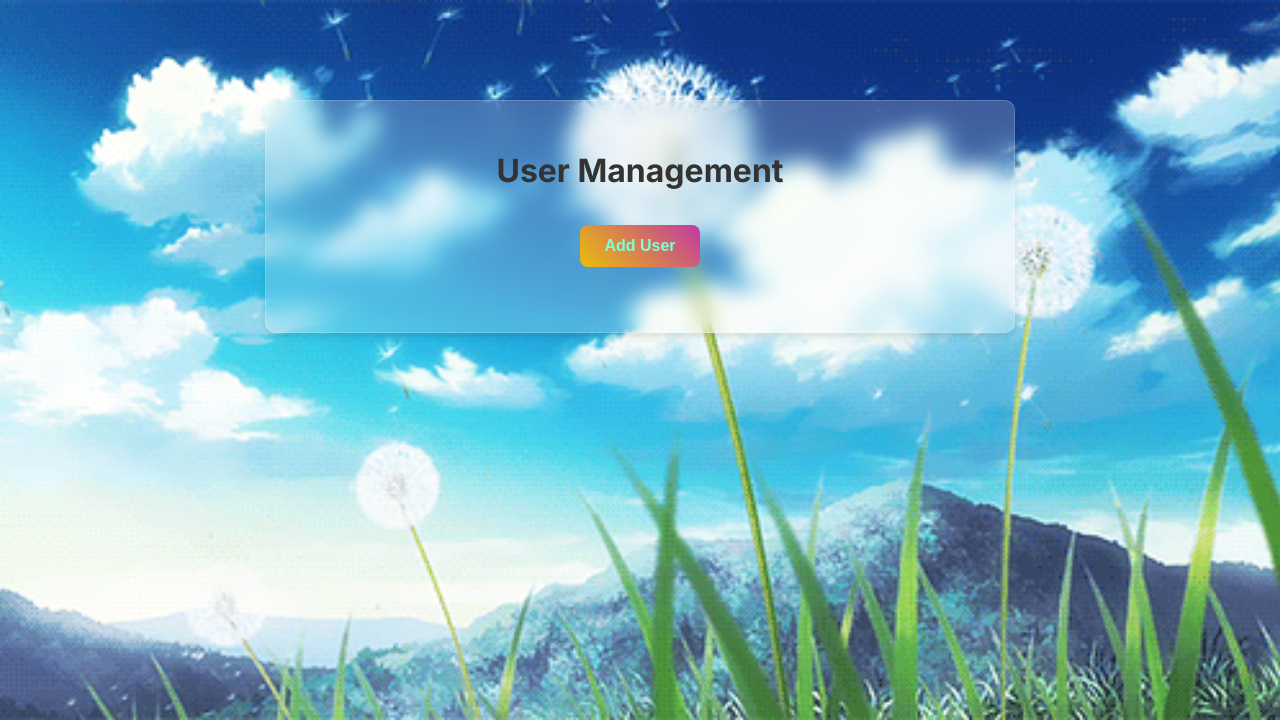
Repository: EeeeeEyyyy/crud-proj
Page: /
The author's editor kept a copy of each file at every save. The page is drawn from the files as they stood at one save, then again after the next save.
The browser window is 1280 px wide. The pictures show the whole page.
The page's requests for data from a server got no answer. The project was rebuilt for these pictures with package versions that can differ from the ones it lists, and the page was loaded fresh each time. The framework's server and built-in components were replaced by stand-ins that run in the browser. No one was signed in, and anything a server would have sent is missing. Also part of the build but not shown: next.config.mjs.

Above is the page before, as saved 2024-06-25 09:22:08.

### src/app/page.js
"use client";

import React, { useEffect, useState } from "react";
import axios from "axios";

const Page = () => {
  const [users, setUsers] = useState([]);
  const [isCreateModalOpen, setCreateModalOpen] = useState(false);
  const [isUpdateModalOpen, setUpdateModalOpen] = useState(false);
  const [isDeleteModalOpen, setDeleteModalOpen] = useState(false);
  const [selectedUser, setSelectedUser] = useState(null);
  const [newUser, setNewUser] = useState({ name: "", email: "" });

  useEffect(() => {
    fetchUsers();
  }, []);

  const fetchUsers = async () => {
    try {
      const response = await axios.get(
        "https://jsonplaceholder.typicode.com/users"
      );
      setUsers(response.data);
    } catch (error) {
      console.error("Error fetching users:", error);
    }
  };

  const addUser = async () => {
    try {
      const response = await axios.post(
        "https://jsonplaceholder.typicode.com/users",
        newUser
      );
      setUsers([...users, response.data]);
      setCreateModalOpen(false);
    } catch (error) {
      console.error("Error adding user:", error);
    }
  };

  const updateUser = async (id) => {
    try {
      const response = await axios.put(
        `https://jsonplaceholder.typicode.com/users/${id}`,
        selectedUser
      );
      setUsers(users.map((user) => (user.id === id ? response.data : user)));
      setUpdateModalOpen(false);
    } catch (error) {
      console.error("Error updating user:", error);
    }
  };

  const deleteUser = async (id) => {
    try {
      await axios.delete(`https://jsonplaceholder.typicode.com/users/${id}`);
      setUsers(users.filter((user) => user.id !== id));
      setDeleteModalOpen(false);
    } catch (error) {
      console.error("Error deleting user:", error);
    }
  };

  const openCreateModal = () => {
    setNewUser({ name: "", email: "" });
    setCreateModalOpen(true);
  };

  const closeCreateModal = () => {
    setCreateModalOpen(false);
  };

  const openUpdateModal = (user) => {
    setSelectedUser(user);
    setUpdateModalOpen(true);
  };

  const closeUpdateModal = () => {
    setSelectedUser(null);
    setUpdateModalOpen(false);
  };

  const openDeleteModal = (user) => {
    setSelectedUser(user);
    setDeleteModalOpen(true);
  };

  const closeDeleteModal = () => {
    setSelectedUser(null);
    setDeleteModalOpen(false);
  };

  const handleGoToHome = () => {
    router.push("/");
  };

  return (
    <div className="container">
      <h1>User Management</h1>
      <div className="Add-me">
        <button
          onClick={openCreateModal}
          className="glassButton-add"
          id="add-n"
        >
          Add User
        </button>
      </div>
      <ul>
        {users.map((user) => (
          <li key={user.id}>
            {user.name} - {user.email}
            <div className="buttones">
              {" "}
              <button
                onClick={() => openUpdateModal(user)}
                className="glassButton"
                id="update-n"
              >
                Update
              </button>
              <button
                onClick={() => openDeleteModal(user)}
                className="glassButton"
                id="delete-n"
              >
                Delete
              </button>
            </div>
          </li>
        ))}
      </ul>
      {isCreateModalOpen && (
        <div className="modalOverlay">
          <div className="modal">
            <h2>Add User</h2>
            <input
              type="text"
              placeholder="Name"
              value={newUser.name}
              onChange={(e) => setNewUser({ ...newUser, name: e.target.value })}
            />
            <input
              type="email"
              placeholder="Email"
              value={newUser.email}
              onChange={(e) =>
                setNewUser({ ...newUser, email: e.target.value })
              }
            />
            <div className="update-b">
              <button onClick={addUser} className="glassButton" id="add-n">
                Add
              </button>
            </div>
            <button onClick={closeCreateModal} className="closeButton">
              Close
            </button>
          </div>
        </div>
      )}
      {isUpdateModalOpen && selectedUser && (
        <div className="modalOverlay">
          <div className="modal">
            <h2>Update User</h2>
            <input
              type="text"
              placeholder="Name"
              value={selectedUser.name}
              onChange={(e) =>
                setSelectedUser({ ...selectedUser, name: e.target.value })
              }
            />
            <input
              type="email"
              placeholder="Email"
              value={selectedUser.email}
              onChange={(e) =>
                setSelectedUser({ ...selectedUser, email: e.target.value })
              }
            />
            <div className="update-b">
              <button
                onClick={() => updateUser(selectedUser.id)}
                className="glassButton"
                id="update-g"
              >
                Update
              </button>
            </div>
            <button onClick={closeUpdateModal} className="closeButton">
              Close
            </button>
          </div>
        </div>
      )}
      {isDeleteModalOpen && selectedUser && (
        <div className="modalOverlay">
          <div className="modal">
            <h2>Are you sure you want to delete {selectedUser.name}?</h2>
            <div className="yes-b">
              <button
                onClick={() => deleteUser(selectedUser.id)}
                className="glassButton"
              >
                Yes
              </button>
            </div>
            <button onClick={closeDeleteModal} className="closeButton">
              No
            </button>
          </div>
        </div>
      )}
    </div>
  );
};
export default Page;

### src/app/globals.css
* {
  box-sizing: border-box;
  padding: 0;
  margin: 0;
}

html,
body {
  max-width: 100vw;
  overflow-x: hidden;
  background: url(g.gif);
  background-size: cover;
  background-position: center;
  height: 100%;
  margin: 0;
  padding: 0;
  font-family: Georgia, "Times New Roman", Times, serif;
}

a {
  color: inherit;
  text-decoration: none;
}

.main {
  display: flex;
  flex-direction: column;
  justify-content: space-between;
  align-items: center;
  padding: 6rem;
  min-height: 100vh;
}

.description {
  display: flex;
  justify-content: center;
  align-items: center;
  font-size: 0.85rem;
  max-width: var(--max-width);
  width: 100%;
  z-index: 2;
  font-family: var(--font-mono);
}

.description a {
  display: flex;
  justify-content: center;
  align-items: center;
  gap: 0.5rem;
}

.description p {
  position: relative;
  margin: 0;
  padding: 1rem;
  background-color: rgba(var(--callout-rgb), 0.5);
  border: 1px solid rgba(var(--callout-border-rgb), 0.3);
  border-radius: var(--border-radius);
}

.code {
  font-weight: 700;
  font-family: var(--font-mono);
}

.grid {
  display: grid;
  grid-template-columns: repeat(4, minmax(25%, auto));
  max-width: 100%;
  width: var(--max-width);
}

.card {
  padding: 1rem 1.2rem;
  border-radius: var(--border-radius);
  background: rgba(var(--card-rgb), 0);
  border: 1px solid rgba(var(--card-border-rgb), 0);
  transition: background 200ms, border 200ms;
}

.card span {
  display: inline-block;
  transition: transform 200ms;
}

.card h2 {
  font-weight: 600;
  margin-bottom: 0.7rem;
}

.card p {
  margin: 0;
  opacity: 0.6;
  font-size: 0.9rem;
  line-height: 1.5;
  max-width: 30ch;
  text-wrap: balance;
}

.center {
  display: flex;
  justify-content: center;
  align-items: center;
  position: relative;
  padding: 4rem 0;
}

.center::before,
.center::after {
  content: "";
  position: absolute;
  filter: blur(45px);
  transform: translateZ(0);
}

.center::before {
  background: var(--secondary-glow);
  border-radius: 50%;
  width: 480px;
  height: 360px;
  margin-left: -400px;
}

.center::after {
  background: var(--primary-glow);
  width: 240px;
  height: 180px;
  z-index: -1;
}

.logo {
  position: relative;
}

@media (hover: hover) and (pointer: fine) {
  .card:hover {
    background: rgba(var(--card-rgb), 0.1);
    border: 1px solid rgba(var(--card-border-rgb), 0.15);
  }

  .card:hover span {
    transform: translateX(4px);
  }
}

@media (prefers-reduced-motion) {
  .card:hover span {
    transform: none;
  }
}

/* Mobile */
@media (max-width: 700px) {
  .content {
    padding: 4rem;
  }

  .grid {
    grid-template-columns: 1fr;
    margin-bottom: 120px;
    max-width: 320px;
    text-align: center;
  }

  .card {
    padding: 1rem 2.5rem;
  }

  .card h2 {
    margin-bottom: 0.5rem;
  }

  .center {
    padding: 8rem 0 6rem;
  }

  .center::before {
    transform: none;
    height: 300px;
  }

  .description {
    font-size: 0.8rem;
  }

  .description a {
    padding: 1rem;
  }

  .description p,
  .description div {
    display: flex;
    justify-content: center;
    position: fixed;
    width: 100%;
  }

  .description p {
    align-items: center;
    inset: 0 0 auto;
    padding: 2rem 1rem 1.4rem;
    border-radius: 0;
    border: none;
    border-bottom: 1px solid rgba(var(--callout-border-rgb), 0.25);
    background: linear-gradient(
      to bottom,
      rgba(var(--background-start-rgb), 1),
      rgba(var(--callout-rgb), 0.5)
    );
    background-clip: padding-box;
    backdrop-filter: blur(24px);
  }

  .description div {
    align-items: flex-end;
    pointer-events: none;
    inset: auto 0 0;
    padding: 2rem;
    height: 200px;
    background: linear-gradient(
      to bottom,
      transparent 0%,
      rgb(var(--background-end-rgb)) 40%
    );
    z-index: 1;
  }
}

/* Tablet and Smaller Desktop */
@media (min-width: 701px) and (max-width: 1120px) {
  .grid {
    grid-template-columns: repeat(2, 50%);
  }
}

@media (prefers-color-scheme: dark) {
  .vercelLogo {
    filter: invert(1);
  }

  .logo {
    filter: invert(1) drop-shadow(0 0 0.3rem #ffffff70);
  }
}

@keyframes rotate {
  from {
    transform: rotate(360deg);
  }
  to {
    transform: rotate(0deg);
  }
}

h1 {
  font-size: 2em;
  margin-bottom: 20px;
  color: #333;
}

/* Glass Button Styles */
.glassButton,
.glassButton-add {
  display: flex;
  flex-direction: row;
  align-items: center;
  gap: 30px;
  border: none;
  padding: 12px 24px;
  font-size: 16px;
  cursor: pointer;
  outline: none;
  transition: background-color 0.3s ease, transform 0.3s ease;
  backdrop-filter: blur(5px);
  border-radius: 8px;
  margin: 5px;
}

.glassButton {
  background: rgba(255, 255, 255, 0.2);
  color: #333;
}

.glassButton-add {
  background: #17f3ff33;
  color: #333;
}

.glassButton:hover {
  background: rgba(255, 255, 255, 0.3);
  transform: scale(1.05);
}

/* Modal Styles */
.modalOverlay {
  position: fixed;
  top: 0;
  left: 0;
  right: 0;
  bottom: 0;
  background-color: rgba(0, 0, 0, 0.5);
  display: flex;
  justify-content: center;
  align-items: center;
  z-index: 1000;
  border-radius: 1%;
}

.modal {
  background: rgba(255, 255, 255, 0.8);
  padding: 20px;
  border-radius: 8px;
  width: 400px;
  max-width: 90%;
  box-shadow: 0 4px 6px rgba(0, 0, 0, 0.1);
  backdrop-filter: blur(10px);
  position: fixed;
}

.closeButton {
  background: rgba(205, 12, 12, 0.71);
  padding: 8px;
  border-radius: 50%;
  border: none;
  font-size: 20px;
  cursor: pointer;
  position: absolute;
  top: 10px;
  right: 10px;
  color: rgb(166, 243, 243);
  transition: background-color 0.3s ease;
}

.closeButton:hover {
  background: rgba(255, 255, 255, 0.8);
}

/* List Styles */
ul {
  list-style-type: none;
  padding: 0;
}

li {
  display: flex;
  justify-content: space-between;
  align-items: center;
  padding: 10px;
  border-bottom: 1px solid rgba(0, 0, 0, 0.1);
  color: #333;
}

/* Input Styles */
input {
  display: block;
  width: calc(100% - 20px);
  margin: 10px 0;
  padding: 10px;
  border: 1px solid rgba(0, 0, 0, 0.1);
  border-radius: 4px;
  font-size: 16px;
}

.container {
  max-width: 750px;
  margin: 100px auto;
  padding: 50px;
  background: rgba(255, 255, 255, 0.2);
  border: 1px solid rgba(255, 255, 255, 0.18);
  border-radius: 10px;
  backdrop-filter: blur(10px);
  box-shadow: 0 4px 6px rgba(0, 0, 0, 0.1);
  text-align: center;
}

.Add-me,
.buttones,
.update-b,
.yes-b {
  display: flex;
  justify-content: center;
  margin: 10px;
  margin-top: 30px;
}

.buttones {
  justify-content: space-between;
}

#delete-n {
  background: linear-gradient(45deg, rgb(255, 0, 0), rgba(54, 6, 78, 0.441));
  font-weight: bold;
  color: rgb(7, 0, 107);
}

#update-n,
#update-g {
  background: linear-gradient(45deg, rgb(182, 4, 247), rgb(18, 161, 111));
  font-weight: bold;
  color: beige;
}

#add-n {
  font-weight: bold;
  background: linear-gradient(45deg, rgb(235, 190, 9), rgb(193, 57, 163));
  color: aquamarine;
}

Loaded but not shown: src/app/layout.js (common file)

After the next save:
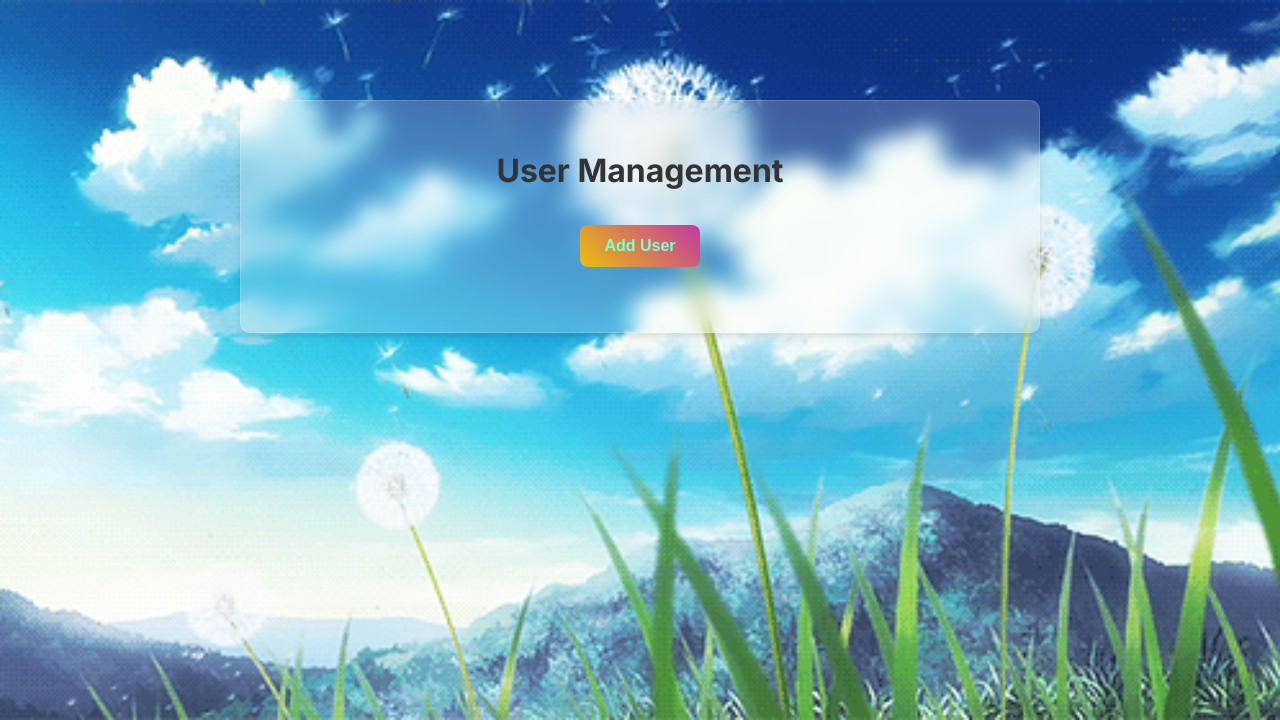
Saved 98 s later.
--- a/src/app/globals.css
+++ b/src/app/globals.css
@@ -362,7 +362,7 @@ input {
 }
 
 .container {
-  max-width: 750px;
+  max-width: 800px;
   margin: 100px auto;
   padding: 50px;
   background: rgba(255, 255, 255, 0.2);
